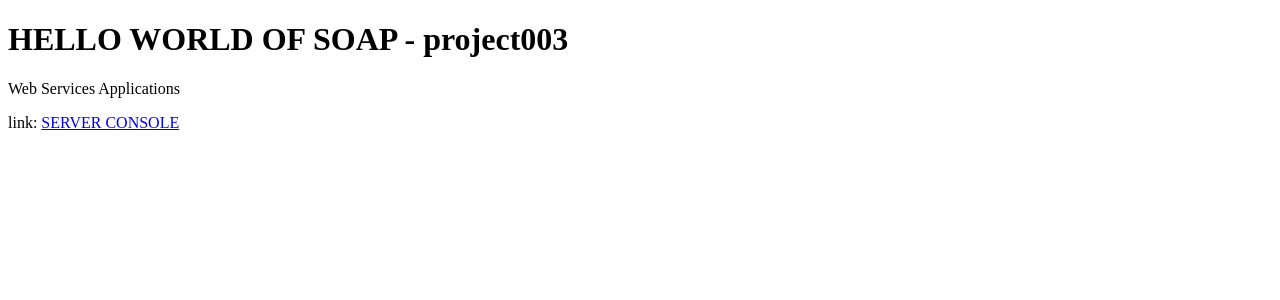
Repository: atafs/BackEnd_JAX-JAX-WS_SOAP
Page: http://localhost/Project_003_SOAP_server_ServiceAndContractFirst/
An editor plug-in stored every save of this project. The page is shown before and after the next save, followed by the edit.
The browser window is 1280 px wide. The pictures show the whole page.
The page is served by Tomcat 9.

Above is the page before, as saved 2016-01-26 11:02:54.

After the next save:
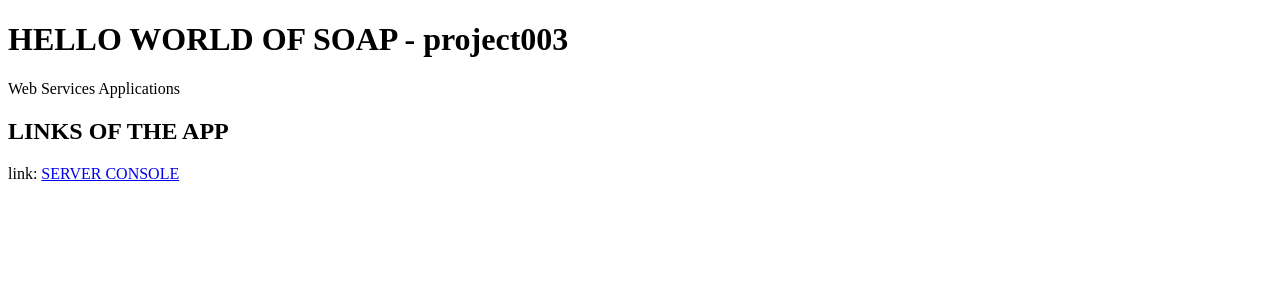
Saved 36 s later.
--- a/Project_003_SOAP_server_ServiceAndContractFirst/WebContent/index.jsp
+++ b/Project_003_SOAP_server_ServiceAndContractFirst/WebContent/index.jsp
@@ -14,6 +14,7 @@
 	<h1>HELLO WORLD OF SOAP - project003</h1>
 	<p>Web Services Applications</p>
 
+	<h2>LINKS OF THE APP</h2>
 	<p>link: <a href="http://localhost:4848/common/index.jsf">SERVER CONSOLE</a></p>
 </body>
 </html>
